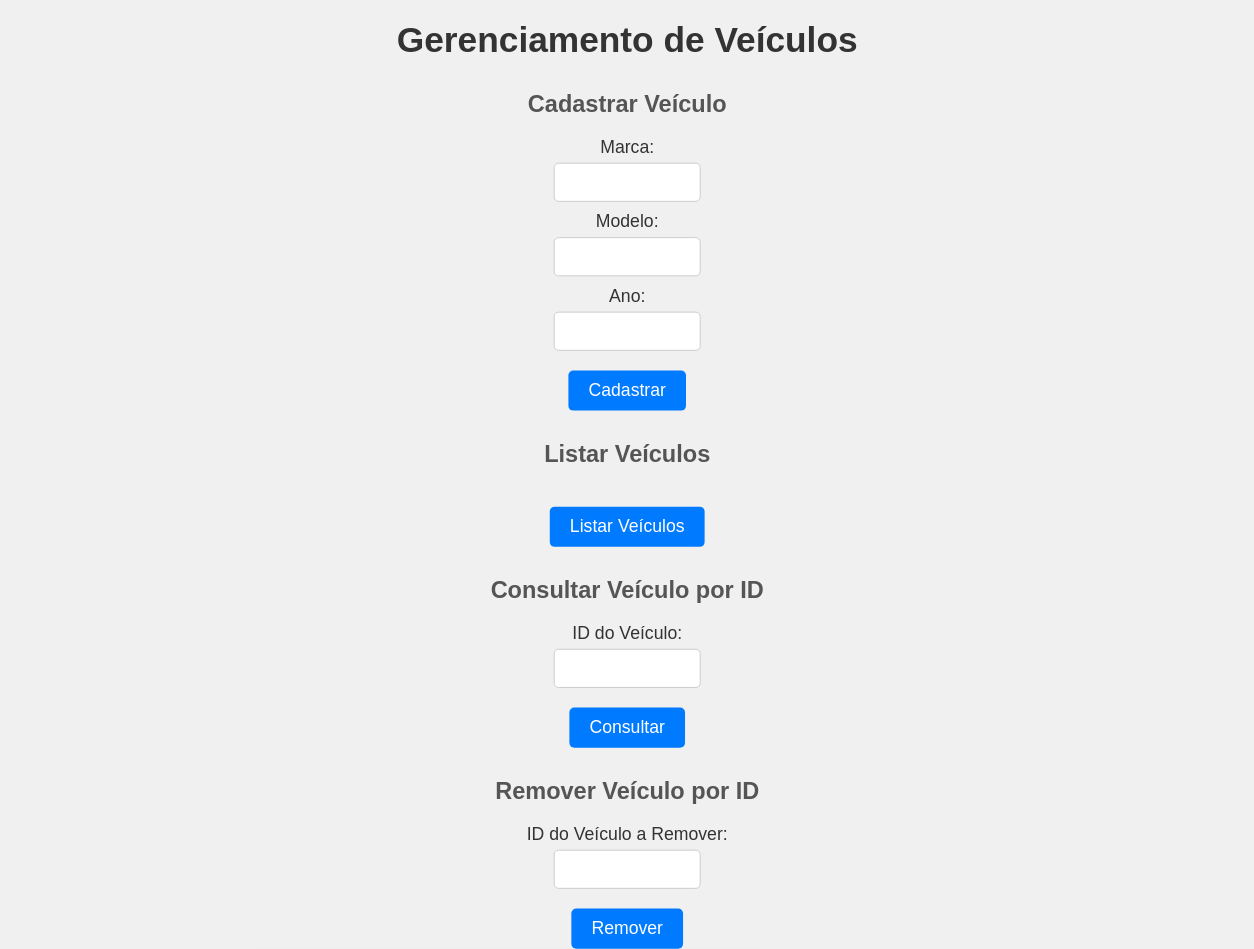
Repository: joaomadeira1208/Exercicio3
Page: veiculos/src/main/resources/index.html
An editor plug-in stored every save of this project. The page is shown before and after the next save, followed by the edit.
The browser window is 1280 px wide. The pictures show the whole page, at 98% of full size.

Above is the page before, as saved 2023-09-14 21:59:04.

After the next save:
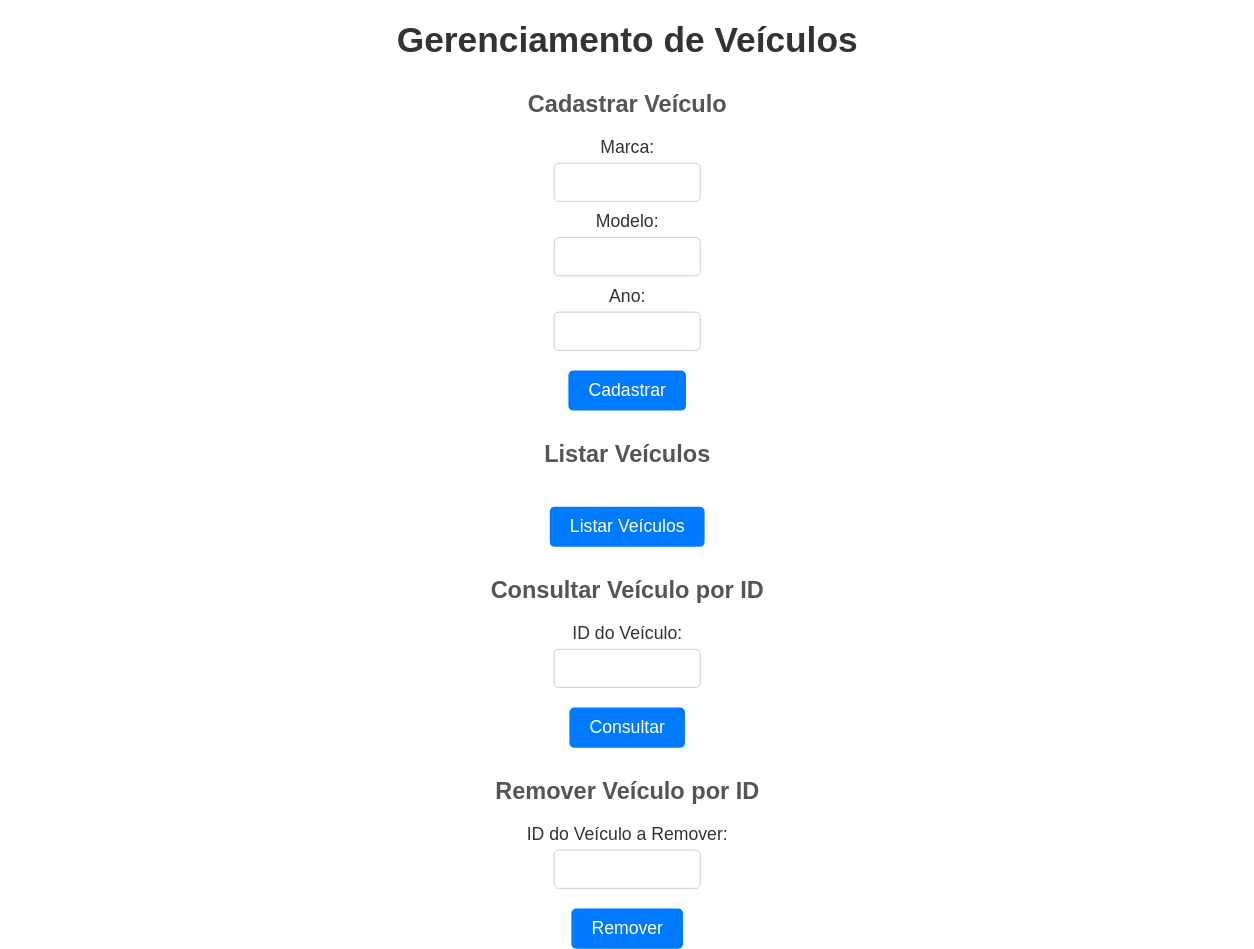
Saved 29 s later.
--- a/veiculos/src/main/resources/index.html
+++ b/veiculos/src/main/resources/index.html
@@ -6,7 +6,7 @@
        /* Estilo para o corpo da página */
 body {
     font-family: Arial, sans-serif;
-    background-color: #f0f0f0;
+    background-color: white;
     margin: 0;
     padding: 0;
     text-align: center;
